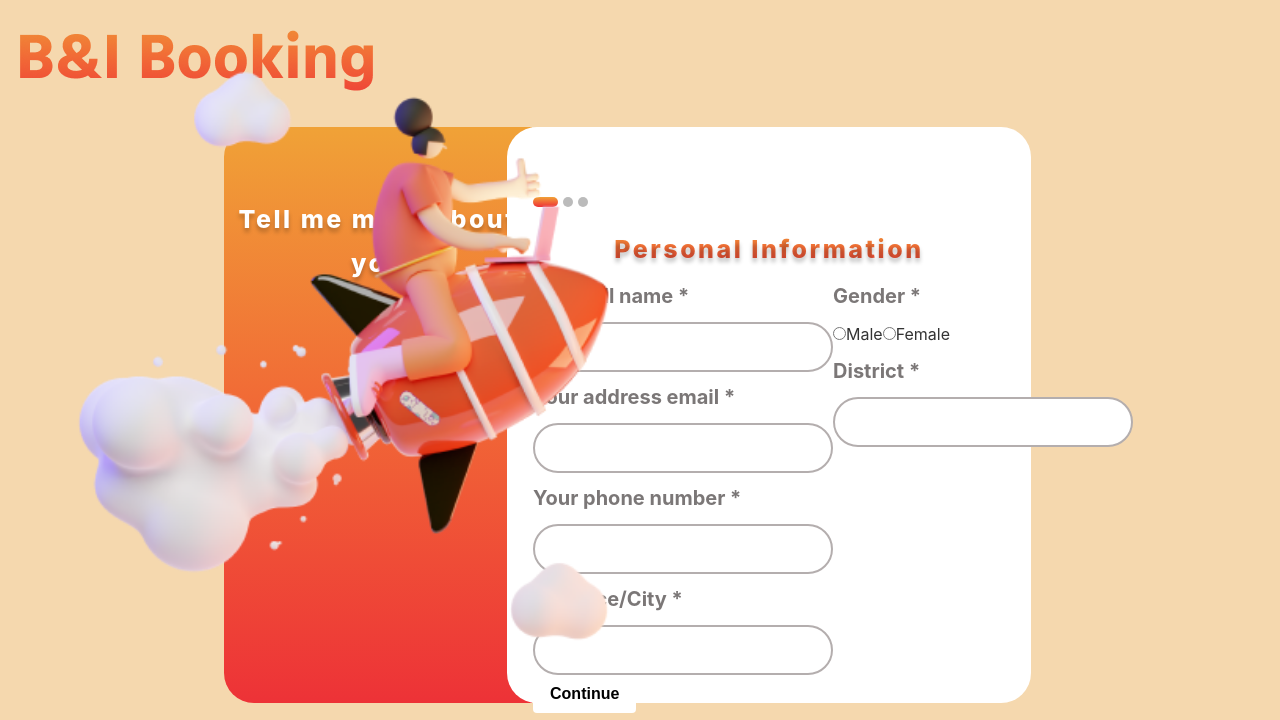
Repository: Grand-Line-PNV/FE-BIBooking
Page: /
These files come from the project's save history. The page is drawn as it stood at one moment and after the next save; the edit follows.
The browser window is 1280 px wide. The pictures show the whole page.
The project was rebuilt for these pictures with package versions that can differ from the ones it lists, and the page was loaded fresh each time. Also part of the build but not shown: src/App.css.

Above is the page before, as saved 2023-02-06 09:40:20.

### public/index.html
<!DOCTYPE html>
<html lang="en">

<head>
  <meta charset="utf-8" />
  <link rel="icon" href="%PUBLIC_URL%/logoBIBooking.png" />
  <meta name="viewport" content="width=device-width, initial-scale=1" />
  <meta name="theme-color" content="#000000" />
  <meta name="description" content="Web site created using create-react-app" />
  <link rel="apple-touch-icon" href="%PUBLIC_URL%/logoBIBooking.png" />
  <!--
      manifest.json provides metadata used when your web app is installed on a
      user's mobile device or desktop. See https://developers.google.com/web/fundamentals/web-app-manifest/
    -->
  <link rel="manifest" href="%PUBLIC_URL%/manifest.json" />
  <!--
      Notice the use of %PUBLIC_URL% in the tags above.
      It will be replaced with the URL of the `public` folder during the build.
      Only files inside the `public` folder can be referenced from the HTML.

      Unlike "/favicon.ico" or "favicon.ico", "%PUBLIC_URL%/favicon.ico" will
      work correctly both with client-side routing and a non-root public URL.
      Learn how to configure a non-root public URL by running `npm run build`.
    -->
  <title>B&IBooking</title>
</head>

<body>
  <noscript>You need to enable JavaScript to run this app.</noscript>
  <div id="root"></div>
  <!--
      This HTML file is a template.
      If you open it directly in the browser, you will see an empty page.

      You can add webfonts, meta tags, or analytics to this file.
      The build step will place the bundled scripts into the <body> tag.

      To begin the development, run `npm start` or `yarn start`.
      To create a production bundle, use `npm run build` or `yarn build`.
    -->
</body>

</html>

### src/App.js
import "./App.css";
import { Provider } from "react-redux";
import store from "./redux";
import { faChevronLeft } from "@fortawesome/free-solid-svg-icons";
import { FontAwesomeIcon } from "@fortawesome/react-fontawesome";
import classNames from "classnames/bind";
import Button from "./components/Button/Button";
import PersonalInformation from "../src/view/pages/Influencers/PersonalInformation/index";

const cx = classNames.bind();

function App() {
  return (
    <Provider store={store}>
      <PersonalInformation />
    </Provider>
  );
}

export default App;

### src/styles/GlobalStyles.js
import "./GlobalStyles.scss";

function GlobalStyles({ children }) {
  return children;
}
export default GlobalStyles;

### src/redux/index.js
import { configureStore } from "@reduxjs/toolkit";

const store = configureStore({
	reducer: {
	},
});

export default store;

### src/components/Button/Button.js
import classNames from "classnames/bind"
import { Link } from "react-router-dom";
import styles from './Button.module.scss'

const cx = classNames.bind(styles)

function Button({
    children,
    small=false,
    large=false,
    primary = false,
    outline = false,
    rounded= false,
    text = false,
    disabled = false,
    to, href,className,leftIcon,rightIcon, onClick, ...passProps}) {
    let Comp = 'button';
    const props = {
        onClick,
        ...passProps
    }
    //Remove event listener when btn is disabled

    if(disabled) {
        Object.keys(props).forEach(key =>{
            if(key.startsWith('on') && typeof props[key] === 'function'){
                delete props[key];
            }
        })
    }
    if(to){
        props.to = to
        Comp = Link
    }else if(href){
        props.href = href
        Comp = 'a'
    }
    const classes = cx('wrapper',{
        [className]:className,
        primary,
        outline,
        rounded,
        small,
        large,
        text,
        disabled
    })
    return (
        <Comp className={classes} {...props}>
            {leftIcon && <span className={cx('icon')}>{leftIcon}</span>}
            <span className={cx('title')}>{children}</span>
            {rightIcon && <span className={cx('icon')}>{rightIcon}</span>}

        </Comp>
    )
}

export default Button;

### src/view/pages/Influencers/PersonalInformation/index.js
import React from "react";
import classNames from "classnames/bind";
import styles from "./PersonalInformation.module.scss";
import { Logo, Saly1 } from "../../../../assets/images";
import Button from "../../../../components/Button/Button";

const cx = classNames.bind(styles);

export default function PersonalInformation() {
  return (
    <>
      <div>
        <div className={cx("personalInfor")}>
          <img
            style={{ objectFit: "cover", padding: "30px 20px" }}
            src={Logo}
            alt="LogoB&IBooking"
          />
          <div className={cx("container")}>
            <div className={cx("personalInfor__container")}>
              <div className={cx("block_left")}>
                <p className={cx("personalInfor_title")}>
                  Tell me more about you
                </p>
              </div>
                <img className={cx("saly1_img")} src={Saly1} alt="Saly1" />
              <div className={cx("block_right")}>
                <div className={cx("block__container")}>
                  <div className={cx("dots")}>
                    <span className={cx("dot", "active")}></span>
                    <span className={cx("dot")}></span>
                    <span className={cx("dot")}></span>
                  </div>
                  <div className={cx("information")}>
                    <p className={cx("information__title")}>
                      Personal Information
                    </p>
                    <form className={cx("form")}>
                      <div className={cx("form-control-left")}>
                        <div className={cx("form-group")}>
                          <label className={cx("form-label")}>Your full name *</label>
                          <input className={cx("form-input")} type="email" required />
                        </div>
                        <div className={cx("form-group")}>
                          <label className={cx("form-label")}>Your address email *</label>
                          <input className={cx("form-input")} type="email" required />
                        </div>
                        <div className={cx("form-group")}>
                          <label className={cx("form-label")}>Your phone number *</label>
                          <input className={cx("form-input")} type="email" required />
                        </div>
                        <div className={cx("form-group")}>
                          <label className={cx("form-label")}>Province/City *</label>
                          <input className={cx("form-input")} type="email" required />
                        </div>
                      </div>
                      <div className={cx("form-control-right")}>
                        <div className={cx("form-group")}>
                          <label className={cx("form-label")}>Gender *</label>
                          <div className={cx("input-radio")}>
                            <input type="radio" required />
                            <label>Male</label>
                            <input type="radio" required />
                            <label>Female</label>
                          </div>
                        </div>
                        <div className={cx("form-group")}>
                          <label className={cx("form-label")}>District *</label>
                          <input className={cx("form-input")} type="email" required />
                        </div>
                      </div>
                    </form>
                    <Button>Continue</Button>
                  </div>
                </div>
              </div>
            </div>
          </div>
        </div>
      </div>
    </>
  );
}

### src/styles/GlobalStyles.scss
:root{
    --white:  rgba(255, 255, 255, 1.0);
    --primary: #fe2c55;
    --black: #000;
    --text-color: #333;
}
*{
    margin: 0;
    padding: 0;
    box-sizing: border-box;
}
html{
    font-size:62.5%;
}
body{
    text-rendering: optimizeSpeed;
    font-family: 'ProximaNova', sans-serif;
    font-size: 1.6rem;
    line-height: 1.5;
    color: var(--text-color)
}
button, input,[tabindex]{
    outline: none;
    border: none;
}
a[href]{
    color: var(--text-color);
    text-decoration: none
}

### src/components/Button/Button.module.scss
.wrapper{
    display: inline-flex;
    align-items: center;
    justify-content: center;
    font-size: 1.6rem;
    font-weight:700;
    font-family: 'ProximaNova', sans-serif;
    min-width: 100px;
    padding: 9px 16px;
    border-radius: 4px;
    cursor: pointer;
    background-color: var(--white);
    border: 1px solid transparent;
    user-select: none;

    + .wrapper{
        margin-left:8px;
    }
    &.disabled{
        pointer-events: none;
        opacity: 0.6;
    }
}
//Button types
.rounded{
    border-radius:999px;
    border-width: 1px;
    border-style: solid;
    box-shadow: 0 2px 8px rgb(0 0 0 / 6%);
    border-color: rgba(22, 24, 35, 0.12);

    &:hover{
        border-color: rgba(22, 24, 35, 0.2);
        background-color: rgba(22, 24, 35, 0.03);
    }
}

.primary{
    color: var(--white);
    background-color: var(--primary);
    border-color: var(--primary);
    &:hover{
        border-color: var(--primary);
        background: linear-gradient(0deg, rgba(0, 0, 0, 0.06), rgba(0, 0, 0, 0.06)),#FE2C55;
    }
}
.outline{
    color: var(--primary);
    border-color: currentColor;
    &:hover{
        border-color: currentColor;
        background-color: rgba(254, 44, 85, 0.06);
    }
}
.text{
    &:hover{
        text-decoration: underline;
    }
}
//Disabled

// Button sizes
.small{
    min-width: 88px;
    padding: 4px 16px;
}
.large{
    padding: 14px 16px;
    min-width: 140px;
}
.icon + .title, .title + .icon{
    margin-left: 8px;
}
.icon{
    display: inline-block;
    width: 24px;
    text-align: center;
}

### src/view/pages/Influencers/PersonalInformation/PersonalInformation.module.scss
:root {
  // color
  --Wheat-color: #f5d8ae;
  --SonicSilver-color: #7b7777;
  --Linear-orange-color: linear-gradient(
    180deg,
    #f0a237 0%,
    #f16736 50.31%,
    #ed3237 100%
  );
  --Inter-font-family: "Inter", sans-serif;
}
.personalInfor {
  width: 100%;
  height: 100vh;
  background-color: var(--Wheat-color);
  font-family: var(--Inter-font-family);
  & .container {
    width: 65%;
    // height: 50vh;
    // background-color: white;
    margin: 0 auto;
    border-radius: 20px;
    & .personalInfor__container {
      width: 100%;
      height: 80vh;
      display: flex;
      & .block_left {
        width: 37%;
        background: var(--Linear-orange-color);
        text-align: center;
        position: relative;
        border-top-left-radius: 30px;
        border-bottom-left-radius: 30px;
        & .personalInfor_title {
          padding-top: 70px;
          font-style: normal;
          font-weight: 800;
          font-size: 25px;
          line-height: 44px;
          letter-spacing: 0.1em;
          color: #ffffff;
          text-shadow: 0px 4px 4px rgba(0, 0, 0, 0.25);
        }
        // & .saly1_img {
        //   width: 67rem;
        //   object-fit: cover;
        //   position: absolute;
        //   z-index: 1;
        //   bottom: 0;
        //   left: 0;
        //   transform: translateX(-60px);
        // }
      }
      & .saly1_img {
        width: 67rem;
        object-fit: cover;
        position: absolute;
        z-index: 1;
        bottom: 0;
        left: 0;
        transform: translateX(-60px);
      }
      & .block_right {
        width: 63%;
        background-color: white;
        border-radius: 30px;
        transform: translateX(-25px);
        & .block__container {
          width: 90%;
          height: 65vh;
          margin: 0 auto;
          margin-top: 70px;
          position: relative;
          & .dots {
            display: flex;
            gap: 5px;
            & .dot {
              height: 10px;
              width: 10px;
              background-color: #bbb;
              border-radius: 100rem;
            }
            & .active {
              background: var(--Linear-orange-color);
              width: 25px;
            }
          }
          & .information {
            // position: relative;
            // z-index: 100;
            & .information__title {
              margin-top: 20px;
              background: linear-gradient(
                180deg,
                #f0a237 0%,
                #f16736 50.83%,
                #ed3237 100%
              );
              background-clip: text;
              color: transparent;
              font-style: normal;
              font-weight: 800;
              font-size: 25px;
              line-height: 44px;
              letter-spacing: 0.1em;
              text-shadow: 0px 4px 4px rgba(0, 0, 0, 0.25);
              text-align: center;
            }
            & .form {
              display: flex;
              & .form-control-left {
              }
              & .form-group {
                display: flex;
                flex-direction: column;
                & .form-label {
                  color: var(--SonicSilver-color);
                  font-style: normal;
                  font-weight: 700;
                  font-size: 20px;
                  line-height: 51px;
                }
                & .form-input {
                  background: #ffffff;
                  border: 2px solid #b4aeae;
                  border-radius: 99px;
                  width: 300px;
                  height: 50px;
                  font-size: 20px;
                  text-align: center;
                }
              }
            }
          }
        }
      }
    }
  }
}

### src/assets/images/index.js
import Logo from "./LogoB&IBooking.png";
import Saly1 from "./Saly1.png";

export { Logo, Saly1 };

Loaded but not shown: src/index.js (common file); src/index.css (common file); src/reportWebVitals.js (common file)

After the next save:
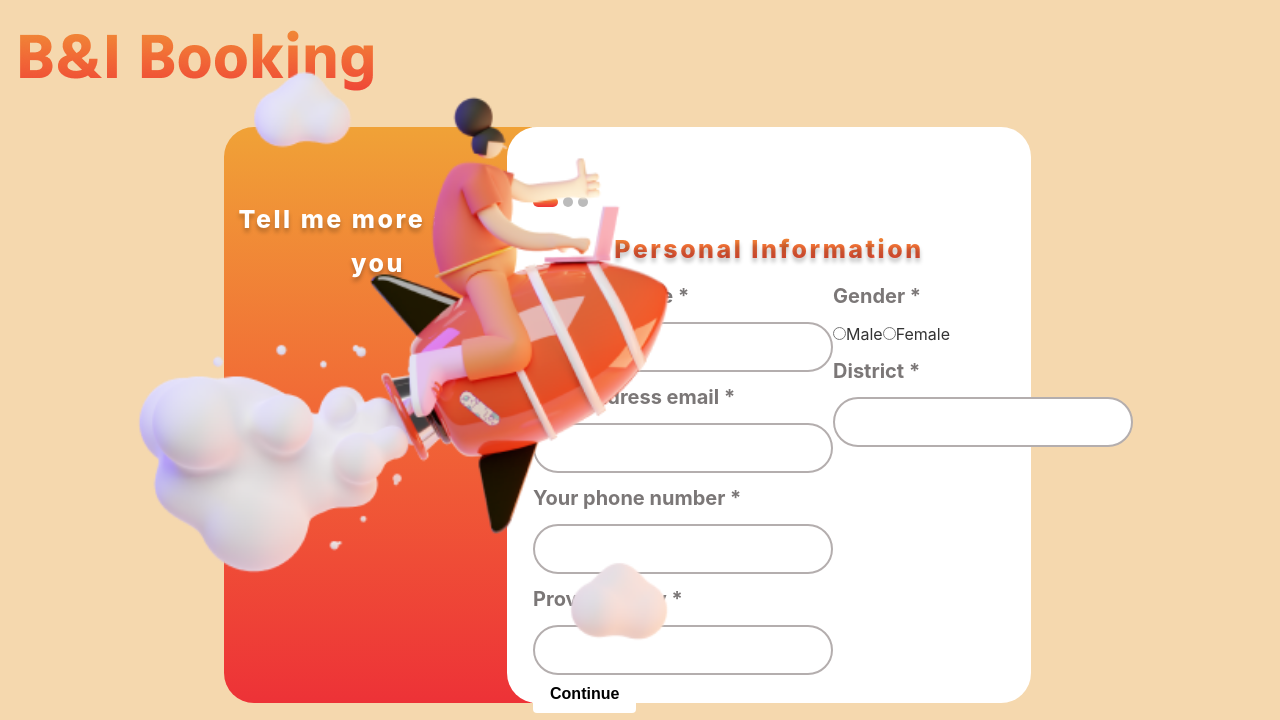
Saved 19 s later.
--- a/src/view/pages/Influencers/PersonalInformation/PersonalInformation.module.scss
+++ b/src/view/pages/Influencers/PersonalInformation/PersonalInformation.module.scss
@@ -59,7 +59,7 @@
         z-index: 1;
         bottom: 0;
         left: 0;
-        transform: translateX(-60px);
+        // transform: translateX(-60px);
       }
       & .block_right {
         width: 63%;
